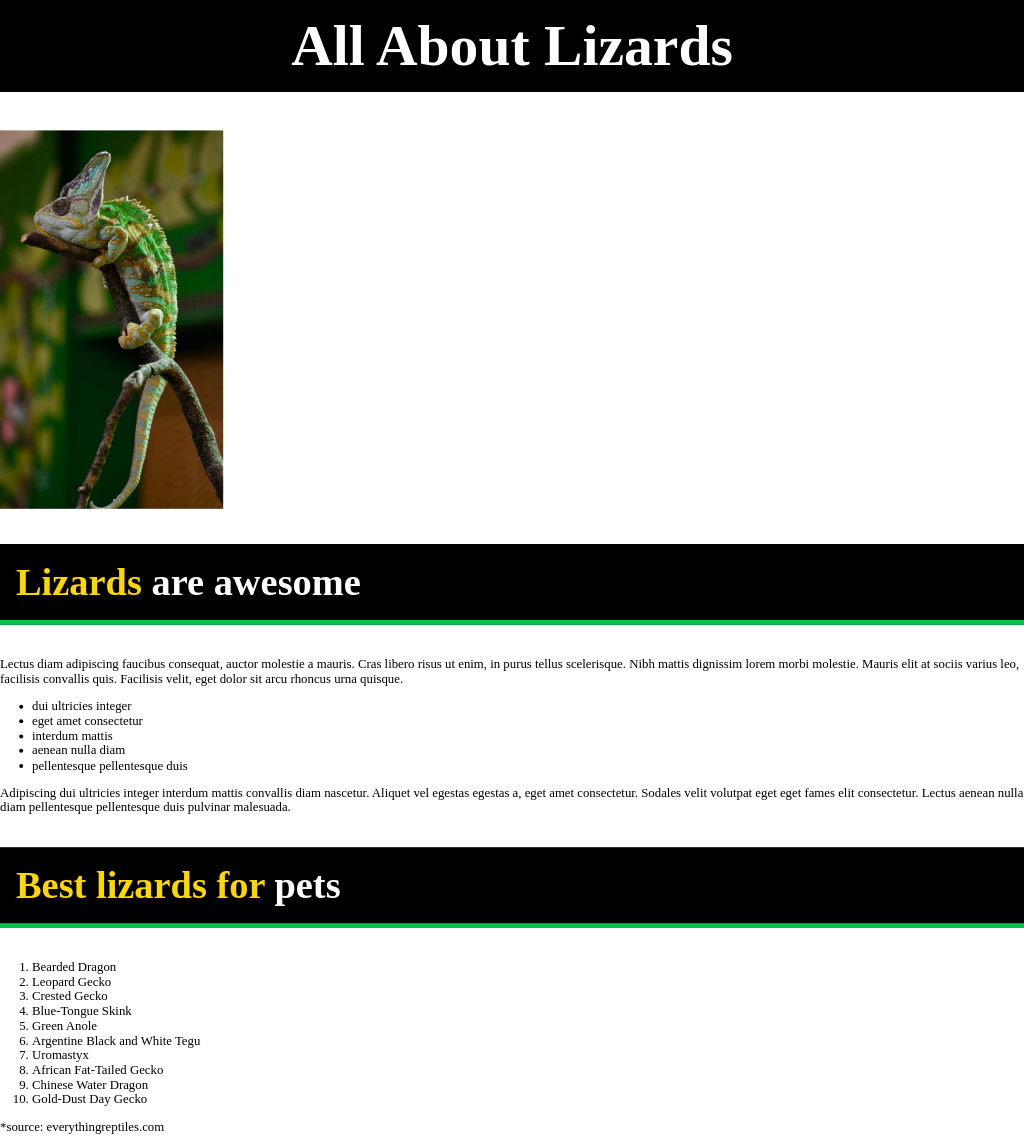
Repository: Doumham-Armah/lizards-landing--page
Page: index.html
The author's editor kept a copy of each file at every save. The page is drawn from the files as they stood at one save, then again after the next save.
The browser window is 1280 px wide. The pictures show the whole page, at 80% of full size.

Above is the page before, as saved 2021-08-10 14:35:07.

After the next save:
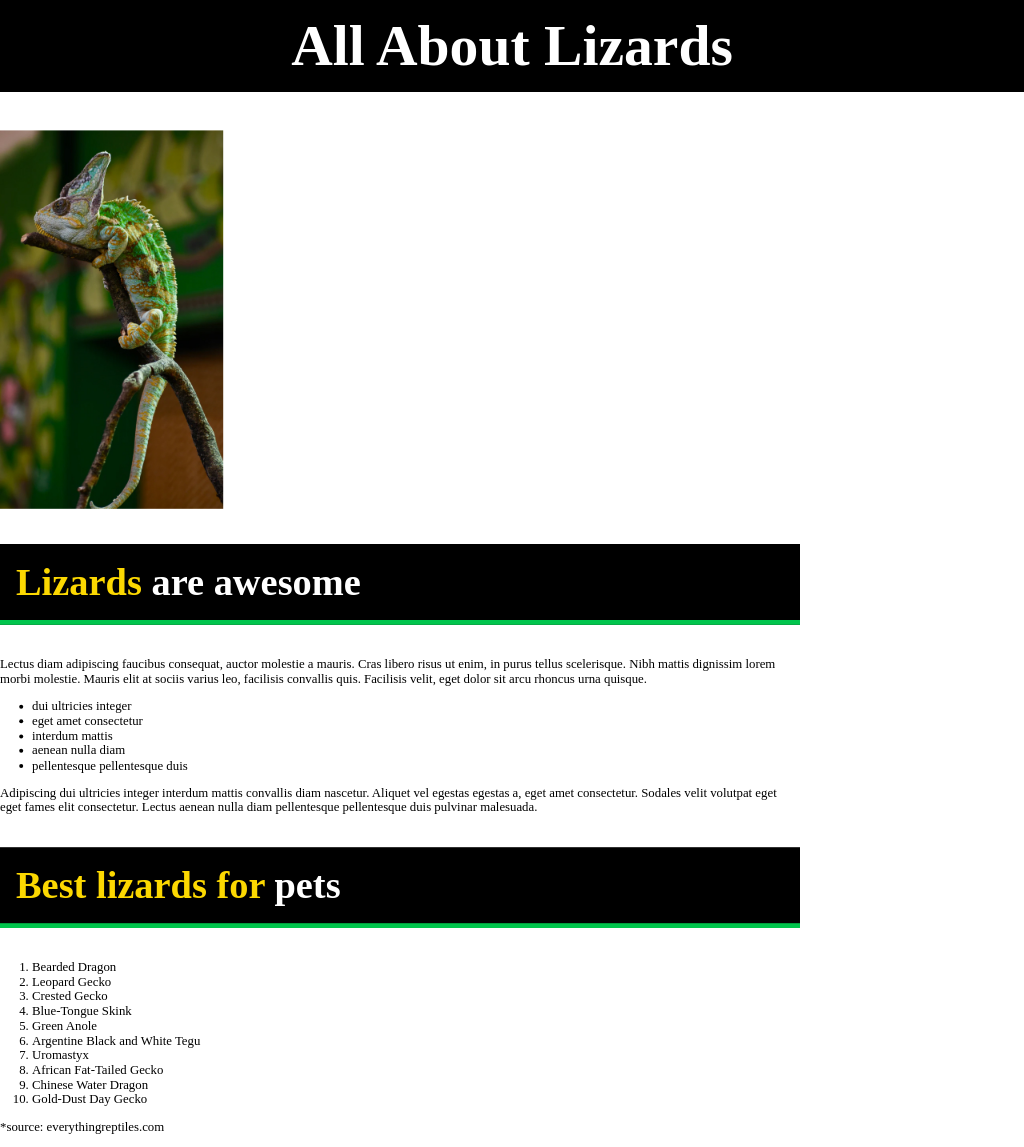
Saved 5 min 47 s later.
--- a/css/style.css
+++ b/css/style.css
@@ -22,3 +22,7 @@ h1 {
 .white-text {
   color: white;
 }
+
+.container {
+  max-width: 1000px;
+}

After the save that followed:
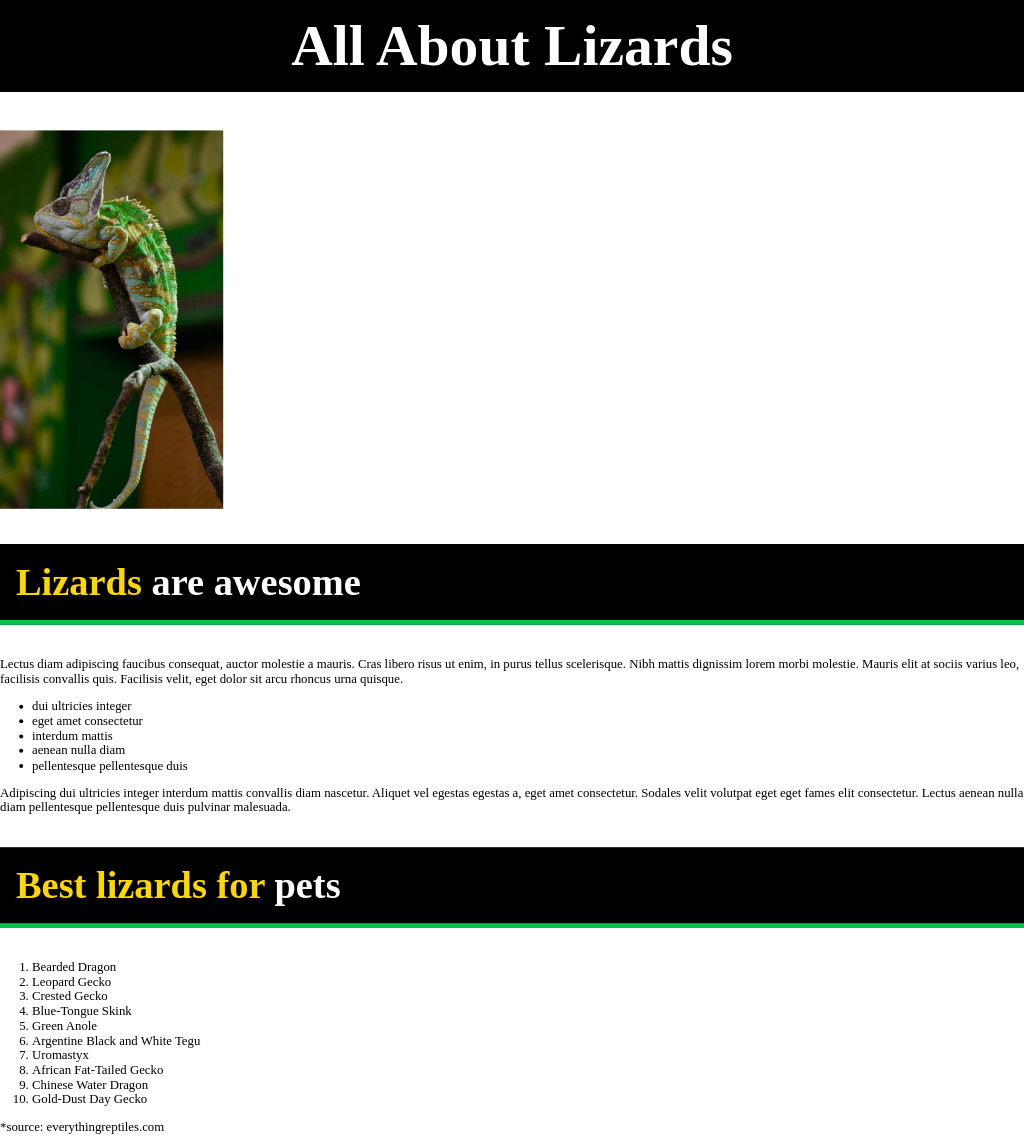
Saved 20 s later.
--- a/css/style.css
+++ b/css/style.css
@@ -24,5 +24,6 @@ h1 {
 }
 
 .container {
+  border: 1px solid red
   max-width: 1000px;
 }
